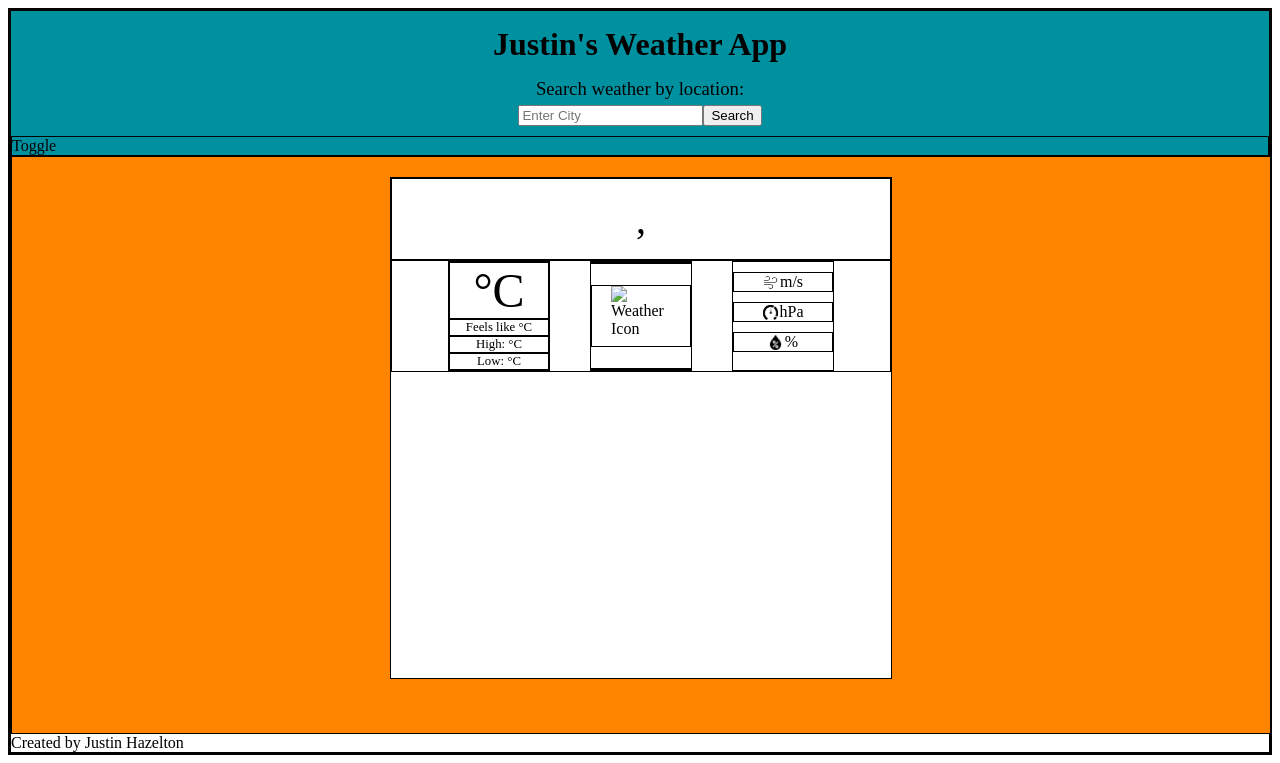
Repository: J-Haze/Weather
Page: /
An editor plug-in stored every save of this project. The page is shown before and after the next save, followed by the edit.
The browser window is 1280 px wide. The pictures show the whole page.
The project was rebuilt for these pictures with package versions that can differ from the ones it lists, and the page was loaded fresh each time. Also part of the build but not shown: src/index.css.

Above is the page before, as saved 2020-09-06 22:19:27.

### public/index.html
<!DOCTYPE html>
<html lang="en">
  <head>
    <meta charset="utf-8" />
    <link rel="icon" href="%PUBLIC_URL%/favicon.ico" />
    <meta name="viewport" content="width=device-width, initial-scale=1" />
    <meta name="theme-color" content="#000000" />
    <meta
      name="description"
      content="Web site created using create-react-app"
    />
    <link rel="apple-touch-icon" href="%PUBLIC_URL%/logo192.png" />
    <!--
      manifest.json provides metadata used when your web app is installed on a
      user's mobile device or desktop. See https://developers.google.com/web/fundamentals/web-app-manifest/
    -->
    <link rel="manifest" href="%PUBLIC_URL%/manifest.json" />
    <!--
      Notice the use of %PUBLIC_URL% in the tags above.
      It will be replaced with the URL of the `public` folder during the build.
      Only files inside the `public` folder can be referenced from the HTML.

      Unlike "/favicon.ico" or "favicon.ico", "%PUBLIC_URL%/favicon.ico" will
      work correctly both with client-side routing and a non-root public URL.
      Learn how to configure a non-root public URL by running `npm run build`.
    -->
    <title>Weather App ⛅</title>
  </head>
  <body>
    <noscript>You need to enable JavaScript to run this app.</noscript>
    <div id="root"></div>
    <!--
      This HTML file is a template.
      If you open it directly in the browser, you will see an empty page.

      You can add webfonts, meta tags, or analytics to this file.
      The build step will place the bundled scripts into the <body> tag.

      To begin the development, run `npm start` or `yarn start`.
      To create a production bundle, use `npm run build` or `yarn build`.
    -->
  </body>
</html>

### src/App.js
import React from "react";
import "./App.css";
import Weather from "./components/Weather"


// import Results from "./components/Results"

function App() {
  return (
    <div className="App" >
      <Weather />
    </div >
  )

}

export default App;

### src/App.css
:root{
    --light-blue: rgb(0,145,160);
    --orange: rgb(255, 133, 0);
    --dark-blue: rgb(0, 39, 96);
}

div {
    border: solid black 1px;
}

/* #root{
        width: 100%;
        height: 100%;
        bottom: 0px;
}

#app{
        width: 100%;
        height: 100%;
        bottom: 0px;
} */

header{
    background-color: var(--light-blue);
    display: flex;
    flex-direction: column;
    margin-left: auto;
    margin-right: auto;
    justify-content: center;
}

#title{
    display: flex;
    margin-left: auto;
    margin-right: auto;
    justify-content: center;
    /* align-items: center; */
    font-size: 2em;
    margin-top: 15px;
    margin-bottom: 15px;
    font-weight: bold;

    border: none;
}

#subtitle{
    display: flex;
    justify-content: center;
     align-items: center;
     margin-top: none;
     margin-bottom: 5px;;
    font-size: 1.17em;

    border: none;
}

#form{
    display: flex;
    margin-bottom: 10px;
}

#search-box{
    display: flex;
        margin-left: auto;
    justify-content: center;
     align-items: center;

}

#search-button{
    margin-right: auto;

      position: relative;
  /* width: 30px; */
  /* height: 30px;
  line-height: 30px; */
  color: black;
  /* flex-shrink: 0; */
}

#fa-search-location{
    display: flex;
    height: 100%;
    width: 100%;
    color: black;
}

#results-section{
    background-color: var(--orange);
    width: 100%;
    margin-top: 0px;
    height: 100%;
    min-height: 80vh;
}



#results-card{
    background-color: white;
    width: 500px;
    height: 500px;
    margin-top: 20px;
    margin-left: auto;
    margin-right: auto;
}

.location{
    display: flex;
    margin-left: auto;
    margin-right: auto;
    justify-content: center;
     align-items: center;
     height: 80px;
     font-size: 2.5em;
}

.row{
    display: flex;
}

.temp-container{
    margin-left: auto;
    width: 100px;
}

.weather-container{
    display: flex;
    flex-direction: column;
    margin-left: 40px;
    margin-right: 40px;
    width: 100px;
}

.other-container{
    margin-right: auto;
    width: 100px;
}

.temp-main{
    display: flex;
    font-size: 3em;
    justify-content: center;
    align-items: center;
}

.temp{
        display: flex;
    font-size: .8em;
    justify-content: center;
    align-items: center;
}

.mid{
    display: flex;
    justify-content: center;
    align-items: center;
}

.weather{
    margin-top: 0px;
    margin-bottom: auto;
    font-weight: bold;
    font-size: 1.2em;
}

.icon{
    height: 60px;
    width: 60px;
    margin-top: auto;
    margin-bottom: auto;
}

.description{
    margin-top: auto;
    margin-bottom: 0px;
}

.windy{
    height: 15px;
    width: 15px;
    margin-right: 2px;
}

.other{
    display: flex;
    justify-content: center;
    align-items: center;
    margin-top: 10px;
    margin-bottom: auto;
}

### src/components/Weather.js
import React from 'react';
// import getWeather from "./getWeather";
import { useState, useEffect } from 'react';
import "../App.css";
// import { getIconClass, makeDate } from '../Helpers';
import '../../node_modules/font-awesome/css/font-awesome.min.css';


//Weather Icons
import sun from '../assets/icons/01n.png'
import cloud from '../assets/icons/02n.png'
import scatteredCloud from '../assets/icons/03n.png'
import brokenCloud from '../assets/icons/04n.png'
import rain from '../assets/icons/09n.png'
import heavyRain from '../assets/icons/10n.png'
import thunderstorm from '../assets/icons/11n.png'
import snow from '../assets/icons/13n.png'
import mist from '../assets/icons/50n.png'
import windy from '../assets/icons/wind.png'
import pressIcon from '../assets/icons/pressure.png'
import humidIcon from '../assets/icons/humidity.png'


const Weather = () => {

    let [error, setError] = useState(false);
    let [loading, setLoading] = useState(false);
    let [errorMessage, setErrorMessage] = useState("");

    let [location, setLocation] = useState("");
    const [data, setData] = useState(null);
    const [url, setUrl] = useState("")

    const [city, setCity] = useState("");
    const [country, setCountry] = useState("");
    const [weather, setWeather] = useState("");
    const [description, setDescription] = useState("");
    const [icon, setIcon] = useState("");
    const [pressure, setPressure] = useState("");
    const [humidity, setHumidity] = useState("");
    const [wind, setWind] = useState("");

    const [temp, setTemp] = useState("");
    const [max, setMax] = useState("");
    const [min, setMin] = useState("");
    const [feel, setFeel] = useState("");

    // const[unit, setUnit] = useState("imperial")

    // const [searched, setSearched] = useState("false")

    //to keep API hidden:
    //const API_KEY = process.env.REACT_APP_API_KEY;
    const API_KEY = process.env.REACT_APP_API_KEY;
    // let unit = "imperial";
    let unit = "metric";

    const handleChange = (event) => {
        event.preventDefault();
        setLocation(event.target.value);
        console.log("event.target.value:", event.target.value)
    };

    const handleSubmit = (event) => {
        event.preventDefault();
        let urlInput = `https://api.openweathermap.org/data/2.5/weather?q=${location}&units=${unit}&appid=${API_KEY}`
        setUrl(urlInput)
    };

    useEffect(() => {
        if (!url) return;
        console.log("url:", url)
        const fetchWeather = async () => {
            setLoading(true);
            setError(false);
            try {
                const response = await fetch(url);
                const data = await response.json();
                console.log()
                if (data.cod !== 200) throw new Error(`${data.cod}: ${data.message}`);
                setData(data);
                setCity(data.name);
                setCountry(data.sys.country)
                // date: makeDate(),
                setWeather(data.weather[0].main);
                setDescription(data.weather[0].description);
                setIcon(data.weather[0].icon)
                //^^ get picture based on what the icon is
                setPressure(data.main.pressure);
                setHumidity(data.main.humidity);
                setWind(Math.round(data.wind.speed));
                setTemp(Math.round(data.main.temp));
                setMax(Math.round(data.main['temp_max']));
                setMin(Math.round(data.main['temp_min']));
                setFeel(Math.round(data.main['feels_like']));
            } catch (error) {
                setError(true);
                setErrorMessage(error.message);
                console.log(error);
            }
        };
        setLoading(false);
        fetchWeather();
    },
        [url]
    );

    const weatherIcons = {
        '01n': sun,
        '02n': cloud,
        '03n': scatteredCloud,
        '04n': brokenCloud,
        '09n': rain,
        '10n': heavyRain,
        '11n': thunderstorm,
        '13n': snow,
        '50n': mist,
        '200': windy,
        '300': pressIcon,
        '400': humidIcon
    };

    console.log(Math.round(295.28))
    // function toCelsius(fahrenheit) {
    //     return (fahrenheit - 32) * 5 / 9;
    // }

    // function toFahrenheit(celsius) {
    //     return (celsius * 9 / 5) + 32;
    // }


    console.log(error, loading, errorMessage, data)

    return (
        <div id="app">
            <header id="header">
                <div id="title" >Justin's Weather App</div>
                <div id="subtitle"> Search weather by location:</div>
                <form onSubmit={handleSubmit} id="form">
                    <input
                        type="text"
                        name="location"
                        placeholder="Enter City"
                        maxLength="50"
                        value={location || ""}
                        onChange={handleChange}
                        id="search-box"
                    />
                    <button type="submit" id="search-button">
                        <i className="fas fa-search-location"></i>
                        Search
                    </button>
                </form>
                <div> Toggle </div>
            </header>
            <div id="results-section">
                <div id="results-card">
                    <div className="location">
                        {`${city}, ${country}`}
                    </div>

                    <div className="row">
                        <div className="temp-container">
                            <div className="temp-main">{temp}&#176;{unit == "imperial" ? 'F' : 'C'}</div>
                            <div className="feel temp">Feels like {feel}&#176;{unit == "imperial" ? 'F' : 'C'}</div>
                            <div className="max temp">High: {max}&#176;{unit == "imperial" ? 'F' : 'C'}</div>
                            <div className="min temp">Low: {min}&#176;{unit == "imperial" ? 'F' : 'C'}</div>

                        </div>

                        <div className="weather-container">
                            <div className="weather mid">{weather} </div>
                            <div className="mid"><img src={weatherIcons[icon]} className="icon" alt="Weather Icon" /></div>
                            <div className="description mid">{description}</div>
                        </div>

                        <div className="other-container">
                            <div className="wind other"><img src={weatherIcons['200']} className="windy" alt="Wind Icon" />{wind} {unit == "imperial" ? 'mph' : 'm/s'}</div>
                            <div className="pressure other">
                                <img src={weatherIcons['300']} className="windy" alt="Wind Icon" /> {`${pressure} hPa`}
                            </div>
                            <div className="humidity other">
                                <img src={weatherIcons['400']} className="windy" alt="Wind Icon" /> {humidity} %</div>
                        </div>
                    </div>
                </div>
            </div>
            <footer>
                Created by Justin Hazelton
            </footer>
        </div>
    )

}

export default Weather

Loaded but not shown: src/index.js (common file); src/serviceWorker.js (common file)

After the next save:
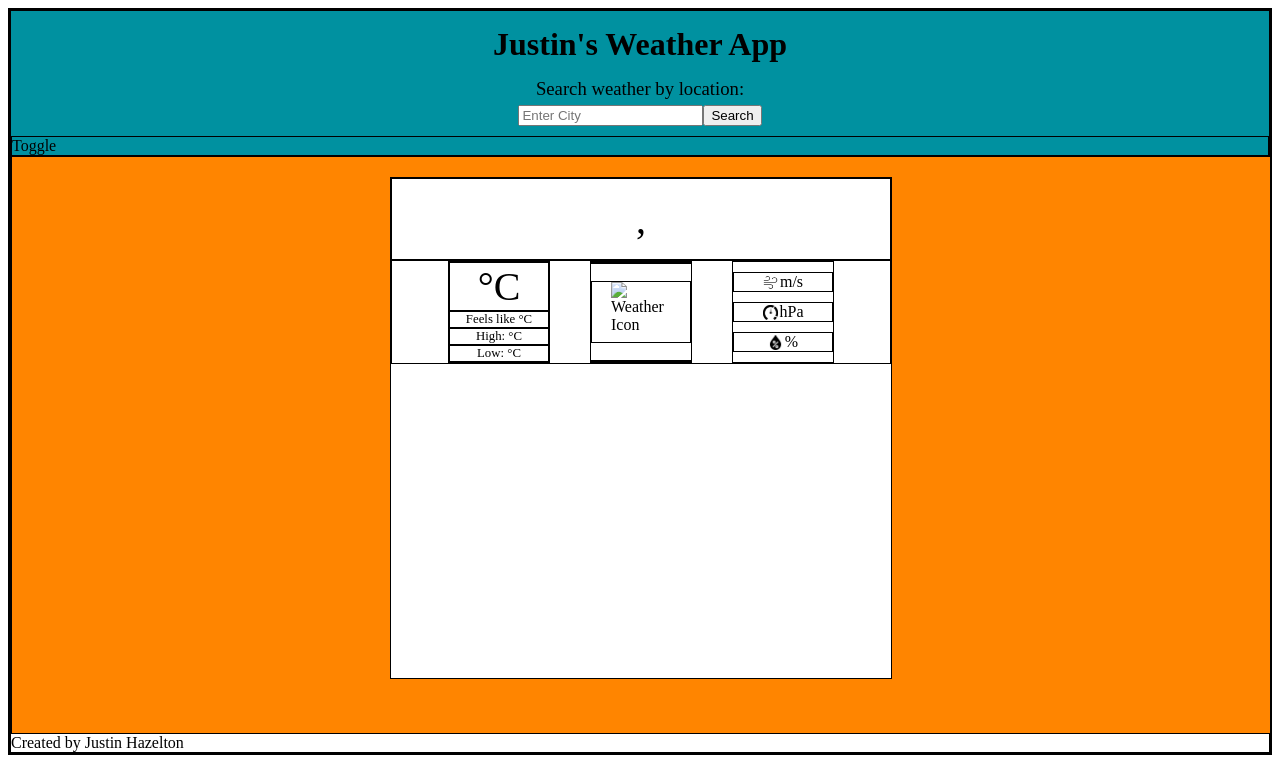
Saved 23 s later.
--- a/src/App.css
+++ b/src/App.css
@@ -138,7 +138,7 @@ header{
 
 .temp-main{
     display: flex;
-    font-size: 3em;
+    font-size: 2.5em;
     justify-content: center;
     align-items: center;
 }
